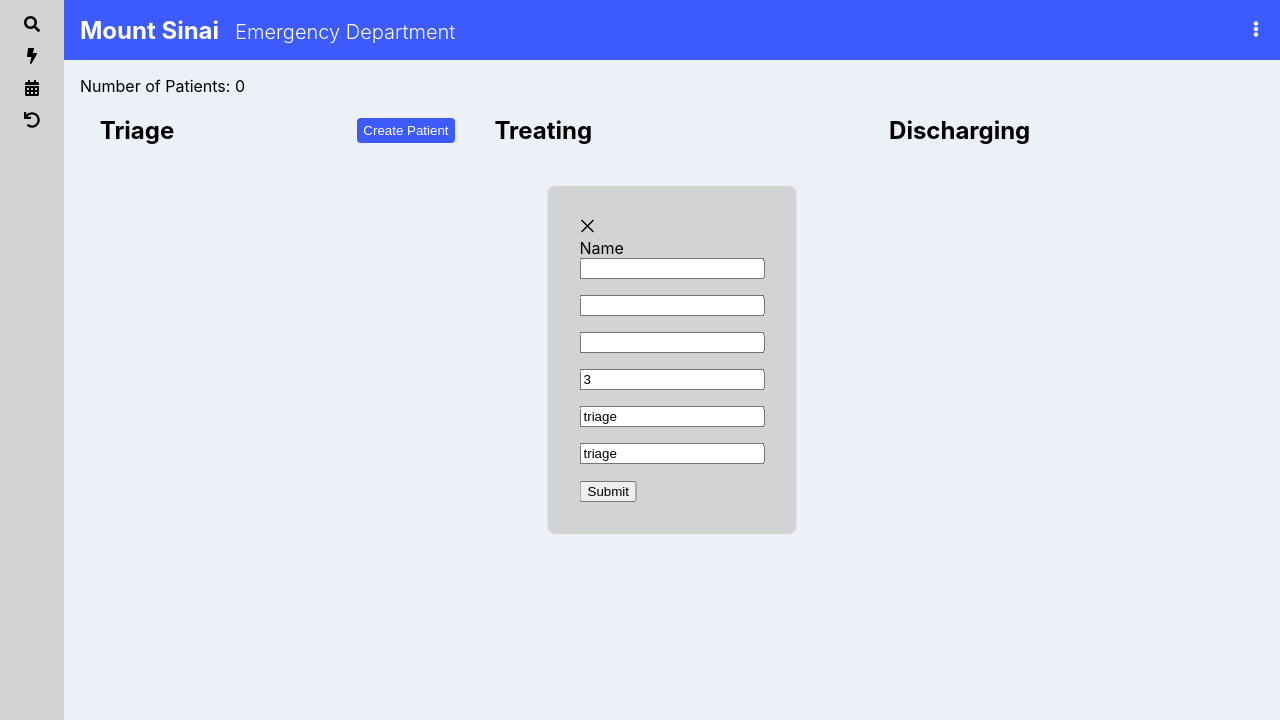
Repository: kosenijr/triage-app
Page: /, after clicking the first element matching `button.App_61351_triage-header-button`
These files come from the project's save history. The page is drawn as it stood at one moment and after a run of saves; the edit follows.
The browser window is 1280 px wide. The pictures show the whole page.
The page's requests for data from a server got no answer. The project was rebuilt for these pictures with package versions that can differ from the ones it lists, and the page was loaded fresh each time. No one was signed in, and anything a server would have sent is missing. Also part of the build but not shown: src/styles/PatientCard.module.css, src/components/PatientCard.js.

Above is the page before, as saved 2022-11-16 20:10:38.

### src/App.js
import React, { useEffect, useState } from 'react';
import { FaEllipsisV, FaSearch, FaBolt, FaCalendarAlt, FaUndo } from "react-icons/fa";
import styles from '../src/styles/App.module.css'
import '../src/styles/Global.module.css'
import { ROUTES } from '../src/constants'
import PatientCard from './components/PatientCard'
import Modal from './components/Modal'

const log = console.log;

function App() {

  const [patientRecords, setPatientRecords] = useState([]);
  const [numOfPatients, setNumOfPatients] = useState(0);
  const [isModalOpen, setIsModalOpen] = useState(false);



  useEffect(() => {
    fetch(ROUTES['GET_ALL_PATIENTS'])
      .then(res => res.json())
      .then(res => setPatientRecords(res))
  }, []);

  useEffect(() => {
    setNumOfPatients(patientRecords.length);
  }, [patientRecords]);

  const onRoomAssignment = (patient, room) => {
    // const oldPatientRecord = patient;
    const newPatientRecord = {
      id: patient.id,
      name: patient.name,
      dob: patient.dob,
      complaint: patient.complaint,
      priority: patient.priority,
      room: patient.room,
      stage: 'treating'
    }


    setPatientRecords(patientRecords.map((record) => {
      if (record.id === patient.id) {
        record.room = room;
        record.stage = 'treating';
      }
      return record;
    }));

    const requestOptions = {
      method: 'PUT',
      body: JSON.stringify(newPatientRecord),
    };

    fetch(ROUTES['GET_EACH_PATIENT'], requestOptions)
      .then(result => result.json())
      .catch(error => console.log('error', error));
  }

  const onCreatePatient = (patient) => {
    const requestOptions = {
      method: 'POST',
      body: JSON.stringify(patient),
    };

    fetch(ROUTES['GET_EACH_PATIENT'], requestOptions)
      .then(result => result.json())
      .then(patient => console.log(patient))
      .then(patient => setPatientRecords([...patientRecords, patient]))
      .catch(error => console.log('error', error));
  }


  const onStartDischarge = (patient) => {
    const newPatientRecord = {
      id: patient.id,
      name: patient.name,
      dob: patient.dob,
      complaint: patient.complaint,
      priority: patient.priority,
      room: 'discharging-room',
      stage: 'discharging'
    }


    setPatientRecords(patientRecords.map((record) => {
      if (record.id === patient.id) {
        record.room = 'discharging-room';
        record.stage = 'discharging';
      }
      return record;
    }));

    const requestOptions = {
      method: 'PUT',
      body: JSON.stringify(newPatientRecord),
    };

    fetch(ROUTES['GET_EACH_PATIENT'], requestOptions)
      .then(result => result.json())
      .then(result => console.log(result))
      .catch(error => console.log('error', error));


  }

  const onCompleteDischarge = (patient) => {
    setPatientRecords(patientRecords.filter((record) => record.id !== patient.id));

    const requestOptions = {
      method: 'DELETE',
    };

    fetch(`${ROUTES['GET_EACH_PATIENT']}/${patient.id}`, requestOptions)
      .then(result => result.json())
      .then(result => console.log(result))
      .catch(error => console.log('error', error));

  }
  return (
    <div className={styles['App']}>
      <div className={styles['left-nav']}>
        <FaSearch className='mb-4 mt-4' />
        <FaBolt className='mb-4' />
        <FaCalendarAlt className='mb-4' />
        <FaUndo className='mb-4' />
      </div>
      <div className={styles['right-content']}>
        {isModalOpen && <Modal onCreatePatient={onCreatePatient} setIsModalOpen={setIsModalOpen} />}
        <header className={styles['header']}>
          <div>
            <span className={styles['title']}>Mount Sinai</span>
            <span className={styles['sub-title']}>Emergency Department</span>
          </div>
          <div>
            <FaEllipsisV />

          </div>
        </header>
        <div className={styles['patient-content']}>
          <div><span>Number of Patients: </span><span>{numOfPatients}</span></div>

          <div className={styles['processing']}>
            <div className={styles['process-columns']}>
              <div className={styles['triage-header']}>
                <h2>Triage</h2>
                <button className={styles['triage-header-button']} onClick={() => setIsModalOpen(!isModalOpen)}>Create Patient</button>
              </div>
              {patientRecords.map((patient, index) => {
                // log(patient)
                if (patient?.stage === 'triage') {
                  return (
                    <PatientCard key={index} patient={patient} updateRoomAssignment={onRoomAssignment} />
                  )
                }

              })}
            </div>
            <div className={styles['process-columns']}>
              <h2>Treating</h2>
              {patientRecords.map((patient, index) => {
                // log(patient.name, patient.stage);
                if (patient?.stage === 'treating') {
                  return (
                    <PatientCard key={index} patient={patient} updateRoomAssignment={onRoomAssignment} onStartDischarge={onStartDischarge} />
                  )
                }

              })}

            </div>
            <div className={styles['process-columns']}>
              <h2>Discharging</h2>
              {patientRecords.map((patient, index) => {

                if (patient?.stage === 'discharging') {
                  return (
                    <PatientCard key={index} patient={patient} updateRoomAssignment={onRoomAssignment} onCompleteDischarge={onCompleteDischarge} />
                  )
                }

              })}
            </div>
          </div>
        </div>
      </div>
    </div>
  );
}

export default App;

// styles is a regular object

### src/styles/App.module.css
.App {
  height: 100vh;
  width: 100vw;
  display: relative;
  overflow-y: hidden;
}

.left-nav {
  display: none;
}

.right-content {
  position: relative;
}

.patient-content {
  background-color: #ecf1f7;
  height: content-box;
  overflow-y: scroll;
  position: absolute;
  top: 60px;
  right: 0;
  left: 0;
  bottom: 0;
  padding: 1rem 1rem 4rem 1rem;
}

.header {
  display: flex;
  justify-content: space-between;
  align-items: center;
  /* height: 100px; */
  background-color: #3d5afc;
  color: white;
  padding: 1rem;
}

.triage-header {
  display: flex;
  align-items: center;
  justify-content: space-between;
}

.triage-header-button {
  background-color: #3d5afc;
  color: white;
  border: none;
  border-radius: 4px;
  padding: 0.3rem 0.4rem;
  cursor: pointer;
}

.title {
  font-size: 24px;
  font-weight: 700;
}

.sub-title {
  display: block;
  font-size: 20px;
  font-weight: 300;
}

.patient-card {
  max-width: 400px;
}

@media screen and (min-width: 700px) {
  .sub-title {
    display: initial;
    padding-left: 1rem;
  }
}

@media screen and (min-width: 768px) {
  .processing {
    display: flex;
    justify-content: space-around;
  }

  .process-columns {
    width: 30%;
  }
}

@media screen and (min-width: 800px) {
  .App {
    display: flex;
  }

  .left-nav {
    background-color: lightgray;
    display: flex;
    flex-direction: column;
    width: 5%;
    align-items: center;
  }

  .right-content {
    width: 95%;
  }
}

### src/styles/Global.module.css
:global(.mb-4) {
  margin-bottom: 1rem;
}

:global(.mt-4) {
  margin-top: 1rem;
}

:global(.font-bold) {
  font-weight: 700;
}

### src/constants.js
const BASE_URL = 'https://cw4ccp3r5d.execute-api.us-east-2.amazonaws.com';
const ENV = '/Prod';
export const ROUTES = {
    GET_ALL_PATIENTS: `${BASE_URL}${ENV}/patients`,

}

### src/components/Modal.js
import React, { useState } from 'react'
import styles from '../styles/Modal.module.css'
import { GrClose } from "react-icons/gr";



export default function Modal({ onCreatePatient, setIsModalOpen }) {
    const [name, setName] = useState('');
    const [dob, setDOB] = useState('');
    const [complaint, setComplaint] = useState('');
    const [priority, setPriority] = useState(3);
    const [room, setRoom] = useState('triage');
    const [stage, setStage] = useState('triage');


    const onSubmit = (e) => {
        e.preventDefault();
        const patient = {
            name,
            dob,
            complaint,
            priority,
            room,
            stage
        }
        onCreatePatient(patient);
    }

    return (
        <div className={styles['modal']}>
            < GrClose className={styles['cancel-modal']} onClick={() => setIsModalOpen(false)} />
            <form action="">
                <div className={styles['input-group']}>
                    <label htmlFor="name">Name</label>
                    <input type="text" value={name} id="name" onChange={(e) => setName(e.target.value)} />
                </div>

                <div className="{styles['input-group']">
                <input type="text" value={dob} onChange={(e) => setDOB(e.target.value)} />
                </div>

                <div className="{styles['input-group']">

                </div>
                <input type="text" value={complaint} onChange={(e) => setComplaint(e.target.value)} />
                <div className="{styles['input-group']">

                </div>
                <input type="text" value={priority} onChange={(e) => setPriority(e.target.value)} />
                <div className="{styles['input-group']">

                </div>
                <input type="text" value={room} onChange={(e) => setRoom(e.target.value)} />
                <div className="{styles['input-group']">

                </div>
                <input type="text" value={stage} onChange={(e) => setStage(e.target.value)} />
                <button onClick={(e) => onSubmit(e)}>Submit</button>
            </form>
        </div>

    )
}

### src/styles/Modal.module.css
.modal {
  position: absolute;
  top: 50%;
  left: 50%;
  transform: translate(-50%, -50%);

  background-color: lightgray;
  padding: 2rem;
  border-radius: 0.5rem;
  z-index: 1;
}

.modal form input {
  display: block;
  margin-bottom: 1rem;
}

.cancel-modal {
  cursor: pointer;
}

Loaded but not shown: public/index.html (common file); src/index.js (common file); src/index.css (common file); src/reportWebVitals.js (common file)

After the next 3 saves:
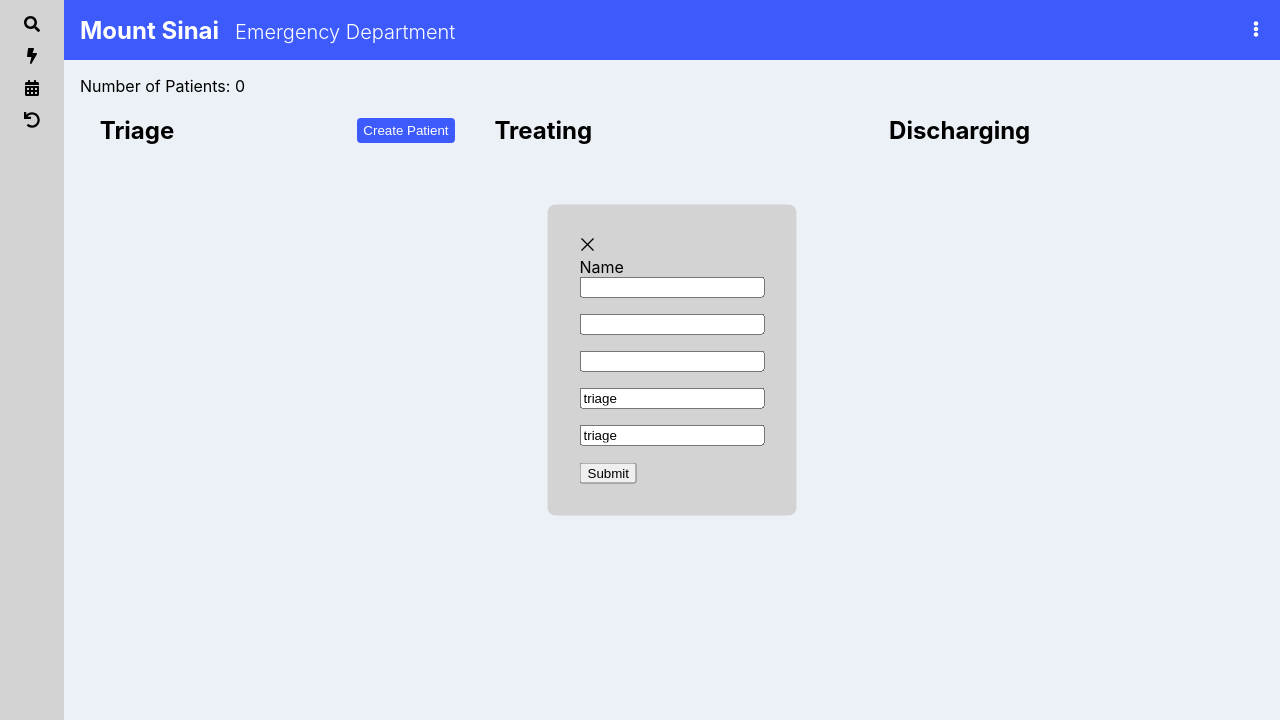
The 3 saves are shown as one change because they came seconds apart.
The last was saved 11 s later.
--- a/src/components/Modal.js
+++ b/src/components/Modal.js
@@ -40,13 +40,13 @@
                 </div>
 
                 <div className="{styles['input-group']">
+                <input type="text" value={complaint} onChange={(e) => setComplaint(e.target.value)} />
+                </div>
 
-                </div>
-                <input type="text" value={complaint} onChange={(e) => setComplaint(e.target.value)} />
                 <div className="{styles['input-group']">
 
                 </div>
-                <input type="text" value={priority} onChange={(e) => setPriority(e.target.value)} />
+
                 <div className="{styles['input-group']">
 
                 </div>

After the save that followed:
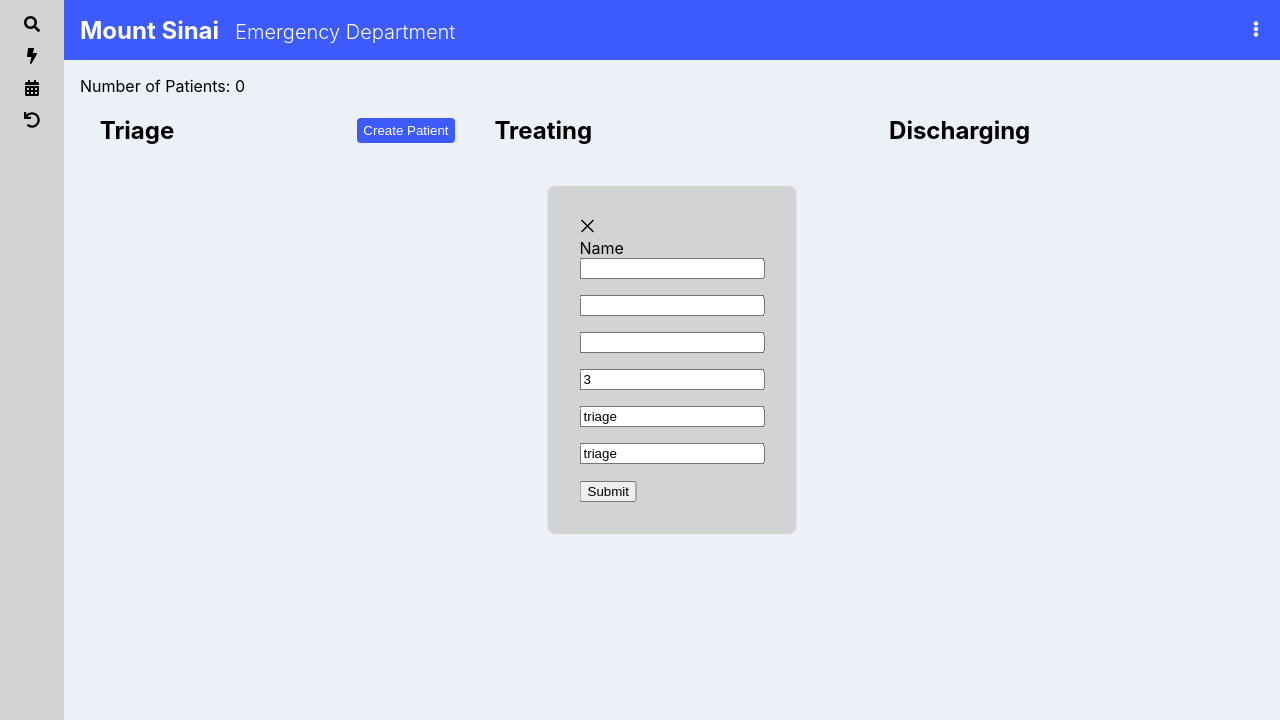
Saved 7 s later.
--- a/src/components/Modal.js
+++ b/src/components/Modal.js
@@ -44,7 +44,7 @@
                 </div>
 
                 <div className="{styles['input-group']">
-
+                <input type="text" value={priority} onChange={(e) => setPriority(e.target.value)} />
                 </div>
 
                 <div className="{styles['input-group']">
